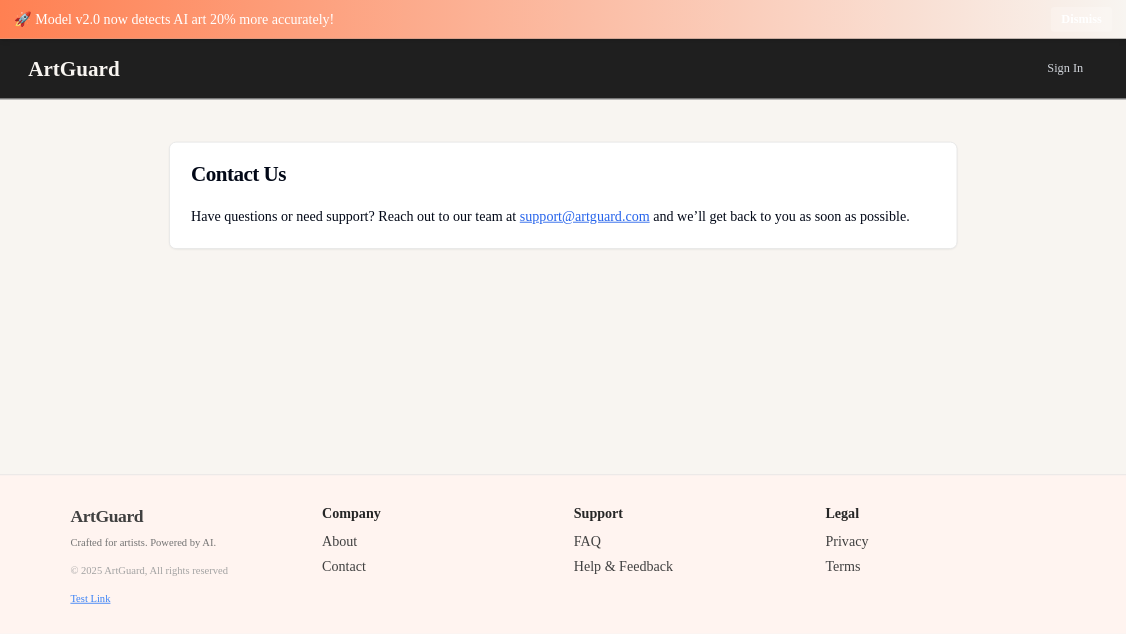
Repository: Arunkumar158/artguard
Page: /contact
An editor plug-in stored every save of this project. The page is shown before and after the next save, followed by the edit.
The browser window is 1280 px wide. The pictures show the whole page, at 88% of full size.
The project was rebuilt for these pictures with package versions that can differ from the ones it lists, and the page was loaded fresh each time. Also part of the build but not shown: vite.config.ts, src/components/ui/label.tsx, src/components/ui/form.tsx, src/components/ui/tabs.tsx, src/components/ui/alert-dialog.tsx, src/components/auth/AuthForm.tsx, src/pages/Auth.tsx, src/components/ui/badge.tsx and 22 more.

Above is the page before, as saved 2025-07-14 09:39:40.

After the next save:
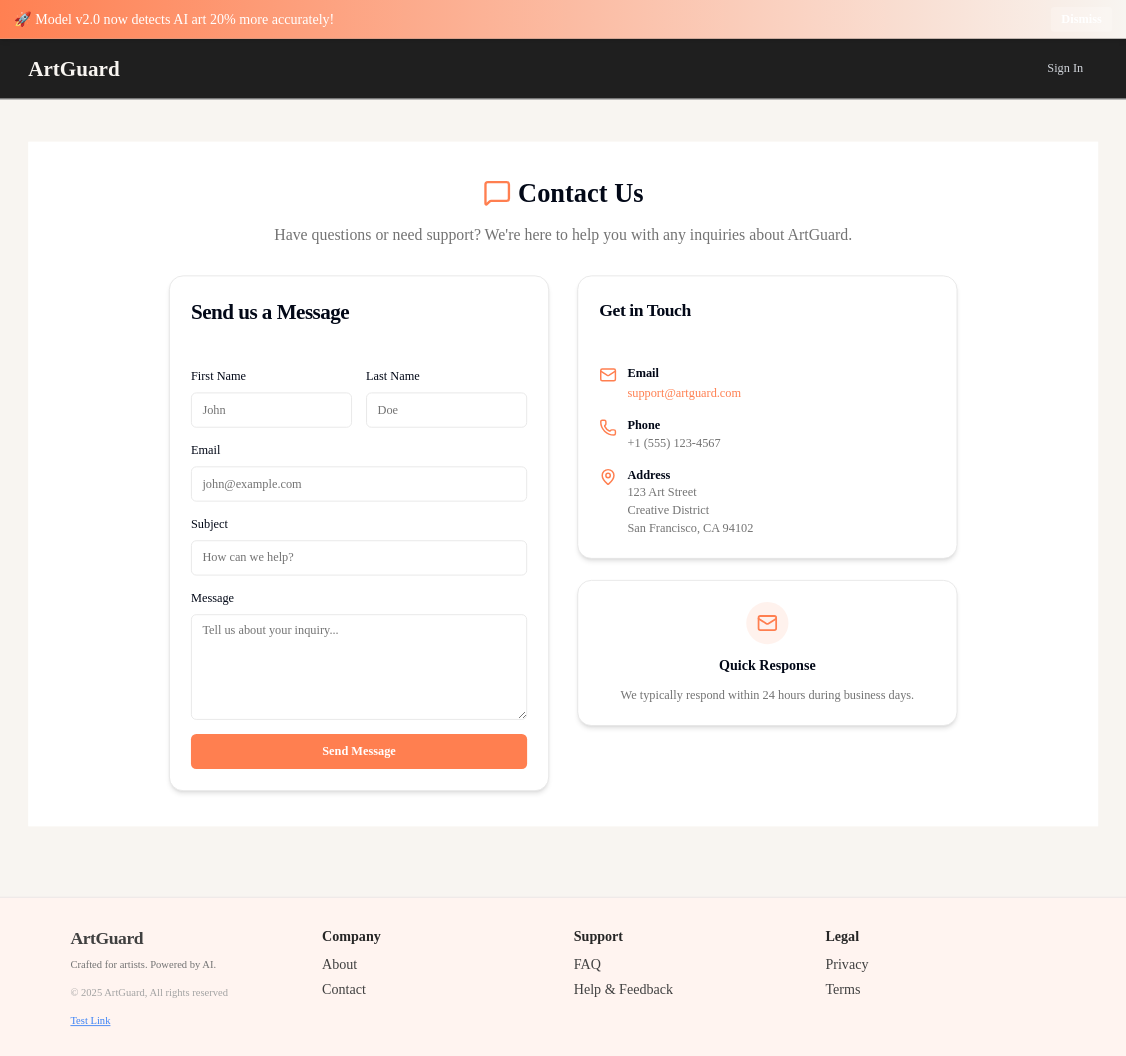
Saved 25 s later.
--- a/src/pages/Contact.tsx
+++ b/src/pages/Contact.tsx
@@ -1,18 +1,123 @@
 import { Card, CardHeader, CardTitle, CardContent } from "@/components/ui/card";
+import { Button } from "@/components/ui/button";
+import { Input } from "@/components/ui/input";
+import { Textarea } from "@/components/ui/textarea";
+import { Mail, MessageSquare, Phone, MapPin } from "lucide-react";
 
 export default function Contact() {
   return (
-    <div className="max-w-4xl mx-auto">
-      <Card>
-        <CardHeader>
-          <CardTitle>Contact Us</CardTitle>
-        </CardHeader>
-        <CardContent>
-          <p>
-            Have questions or need support? Reach out to our team at <a href="mailto:support@artguard.com" className="text-blue-600 underline">support@artguard.com</a> and we’ll get back to you as soon as possible.
+    <div className="min-h-screen bg-background py-6 sm:py-10 px-4 sm:px-6 lg:px-8">
+      <div className="max-w-4xl mx-auto space-y-6 sm:space-y-8">
+        {/* Page Header */}
+        <div className="text-center space-y-4">
+          <h1 className="text-xl sm:text-2xl md:text-3xl font-bold text-foreground flex items-center justify-center gap-2">
+            <MessageSquare className="w-6 h-6 sm:w-8 sm:h-8 text-brand" />
+            Contact Us
+          </h1>
+          <p className="text-base sm:text-lg text-muted-foreground max-w-2xl mx-auto">
+            Have questions or need support? We're here to help you with any inquiries about ArtGuard.
           </p>
-        </CardContent>
-      </Card>
+        </div>
+
+        <div className="grid grid-cols-1 lg:grid-cols-2 gap-6 sm:gap-8">
+          {/* Contact Form */}
+          <Card className="rounded-2xl shadow-md">
+            <CardHeader className="p-4 sm:p-6">
+              <CardTitle className="text-lg sm:text-xl md:text-2xl font-bold text-foreground">
+                Send us a Message
+              </CardTitle>
+            </CardHeader>
+            <CardContent className="p-4 sm:p-6 space-y-4">
+              <div className="grid grid-cols-1 sm:grid-cols-2 gap-4">
+                <div>
+                  <label className="block text-sm font-medium mb-2">First Name</label>
+                  <Input placeholder="John" />
+                </div>
+                <div>
+                  <label className="block text-sm font-medium mb-2">Last Name</label>
+                  <Input placeholder="Doe" />
+                </div>
+              </div>
+              <div>
+                <label className="block text-sm font-medium mb-2">Email</label>
+                <Input type="email" placeholder="john@example.com" />
+              </div>
+              <div>
+                <label className="block text-sm font-medium mb-2">Subject</label>
+                <Input placeholder="How can we help?" />
+              </div>
+              <div>
+                <label className="block text-sm font-medium mb-2">Message</label>
+                <Textarea
+                  placeholder="Tell us about your inquiry..."
+                  className="min-h-[120px]"
+                />
+              </div>
+              <Button className="w-full bg-brand hover:bg-brand/90 text-white font-semibold">
+                Send Message
+              </Button>
+            </CardContent>
+          </Card>
+
+          {/* Contact Information */}
+          <div className="space-y-6">
+            <Card className="rounded-2xl shadow-md">
+              <CardHeader className="p-4 sm:p-6">
+                <CardTitle className="text-lg sm:text-xl font-bold text-foreground">
+                  Get in Touch
+                </CardTitle>
+              </CardHeader>
+              <CardContent className="p-4 sm:p-6 space-y-4">
+                <div className="flex items-start gap-3">
+                  <Mail className="w-5 h-5 text-brand mt-0.5" />
+                  <div>
+                    <h3 className="font-semibold text-sm">Email</h3>
+                    <a
+                      href="mailto:support@artguard.com"
+                      className="text-brand hover:underline text-sm"
+                    >
+                      support@artguard.com
+                    </a>
+                  </div>
+                </div>
+
+                <div className="flex items-start gap-3">
+                  <Phone className="w-5 h-5 text-brand mt-0.5" />
+                  <div>
+                    <h3 className="font-semibold text-sm">Phone</h3>
+                    <p className="text-muted-foreground text-sm">+1 (555) 123-4567</p>
+                  </div>
+                </div>
+
+                <div className="flex items-start gap-3">
+                  <MapPin className="w-5 h-5 text-brand mt-0.5" />
+                  <div>
+                    <h3 className="font-semibold text-sm">Address</h3>
+                    <p className="text-muted-foreground text-sm">
+                      123 Art Street<br />
+                      Creative District<br />
+                      San Francisco, CA 94102
+                    </p>
+                  </div>
+                </div>
+              </CardContent>
+            </Card>
+
+            {/* Response Time */}
+            <Card className="rounded-2xl shadow-md">
+              <CardContent className="p-4 sm:p-6 text-center space-y-3">
+                <div className="w-12 h-12 bg-brand/10 rounded-full flex items-center justify-center mx-auto">
+                  <Mail className="w-6 h-6 text-brand" />
+                </div>
+                <h3 className="font-semibold text-foreground">Quick Response</h3>
+                <p className="text-sm text-muted-foreground">
+                  We typically respond within 24 hours during business days.
+                </p>
+              </CardContent>
+            </Card>
+          </div>
+        </div>
+      </div>
     </div>
   );
 }
